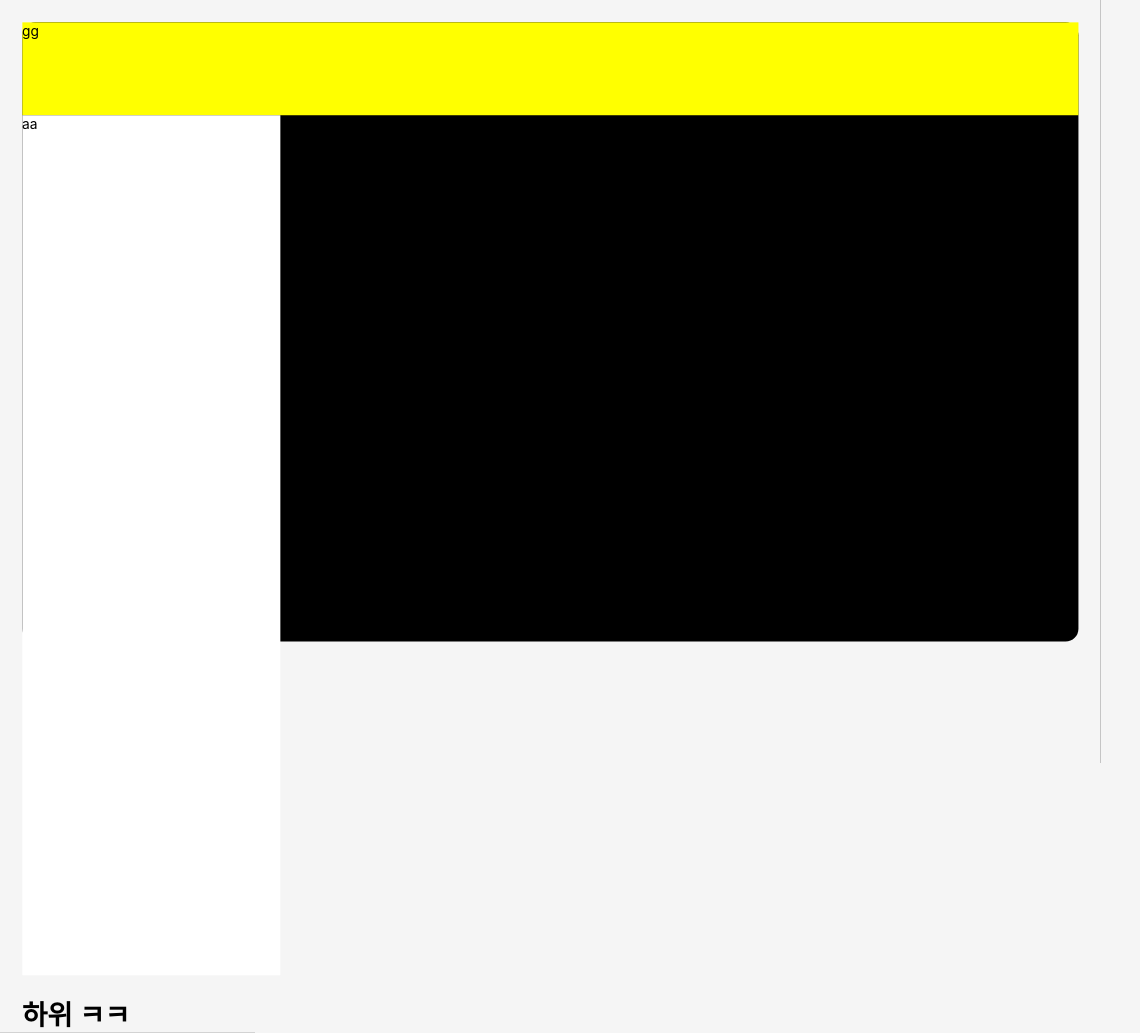
Repository: yangddoddi/community_react
Page: /
An editor plug-in stored every save of this project. The page is shown before and after the next save, followed by the edit.
The browser window is 1280 px wide. The page is 1280 px wide, then 1326 px, then 1280 px, so the pictures cover 1326 px, including what lies to the right of the window. The pictures show the whole page, at 86% of full size.
The page's requests for data from a server got no answer. The project was rebuilt for these pictures with package versions that can differ from the ones it lists, and the page was loaded fresh each time. No one was signed in, and anything a server would have sent is missing.

Above is the page before, as saved 2022-08-16 23:51:54.

### src/App.js
import React, { useState, useEffect } from "react";
import { BrowserRouter, Routes, Route } from "react-router-dom";
import { Posts } from "./pages/Posts";
import { Sidebar } from "./components/Sidebar";
import { Header } from "./components/Header";
import "./App.scss";

function App() {
  return (
    <BrowserRouter>
      <div className="container">
        <Header />
        <Sidebar />
        <Routes>
          <Route path="/" element={<Posts />} />
        </Routes>
      </div>
    </BrowserRouter>
  );
}

export default App;

### src/pages/Posts.js
import React, { useEffect, useState } from "react";
import { testAxios } from "../config/testAxios";
import axios from "axios";

export const Posts = () => {
  const [test, setTest] = useState("");
  const apiTest = (d) => {
    setTest(d);
  };

  useEffect(() => {
    testAxios("test", apiTest);
  });

  return (
    <div>
      <h1> 하위 ㅋㅋ </h1>
      <h2> {test} </h2>
    </div>
  );
};

### src/components/Sidebar.js
import styles from "./Sidebar.module.scss";

export const Sidebar = () => {
  return (
    <nav className={styles.sidebar}>
      <div>aa</div>
    </nav>
  );
};

### src/components/Header.js
import styles from "./Header.module.scss";

export const Header = () => {
  return (
    <header className={styles.header}>
      <div>gg</div>
    </header>
  );
};

### src/App.scss

html,body, #root {
    height: 100%;
}

#root {
    padding: 2%;
}

body {
    padding: auto;
    background-color: whitesmoke;
    width: 100%;
    height: 100%;
}

.container {
    border-radius: 15px;
    background-color: black;
    width: 100;
    max-width: 1600px;
    height: 100%;
    display: block;
}

### src/config/testAxios.js
import axios from "axios";

export const testAxios = (url, findIp) => {
  axios({
    url: "/" + url,
    method: "post",
    baseURL: "http://localhost:8080",
    withCredentials: true,
  }).then((res) => {
    findIp(res.data);
  });
};

### src/components/sidebar.module.scss

.sidebar {
    background-color: white;
    height: 1000px;
    width: 300px;
}

### src/components/header.module.scss


.header {
    width: 100%;
    height: 15%;
    background-color: yellow;
}

Loaded but not shown: public/index.html (common file); src/index.js (common file); src/index.css (common file); src/reportWebVitals.js (common file)

After the next save:
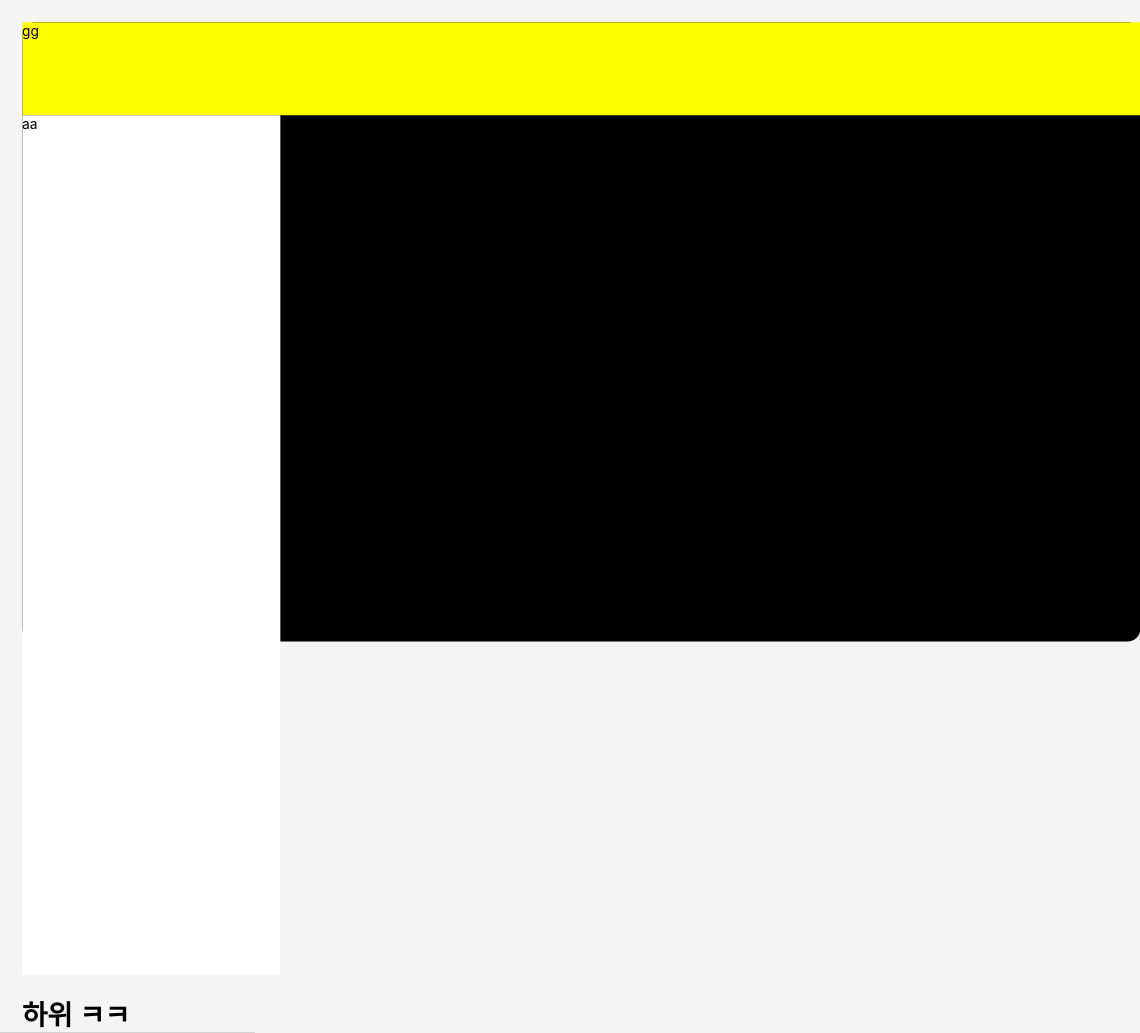
Saved 21 s later.
--- a/src/App.scss
+++ b/src/App.scss
@@ -17,7 +17,7 @@
 .container {
     border-radius: 15px;
     background-color: black;
-    width: 100;
+    width: 1300px;
     max-width: 1600px;
     height: 100%;
     display: block;

After the 3 saves that followed:
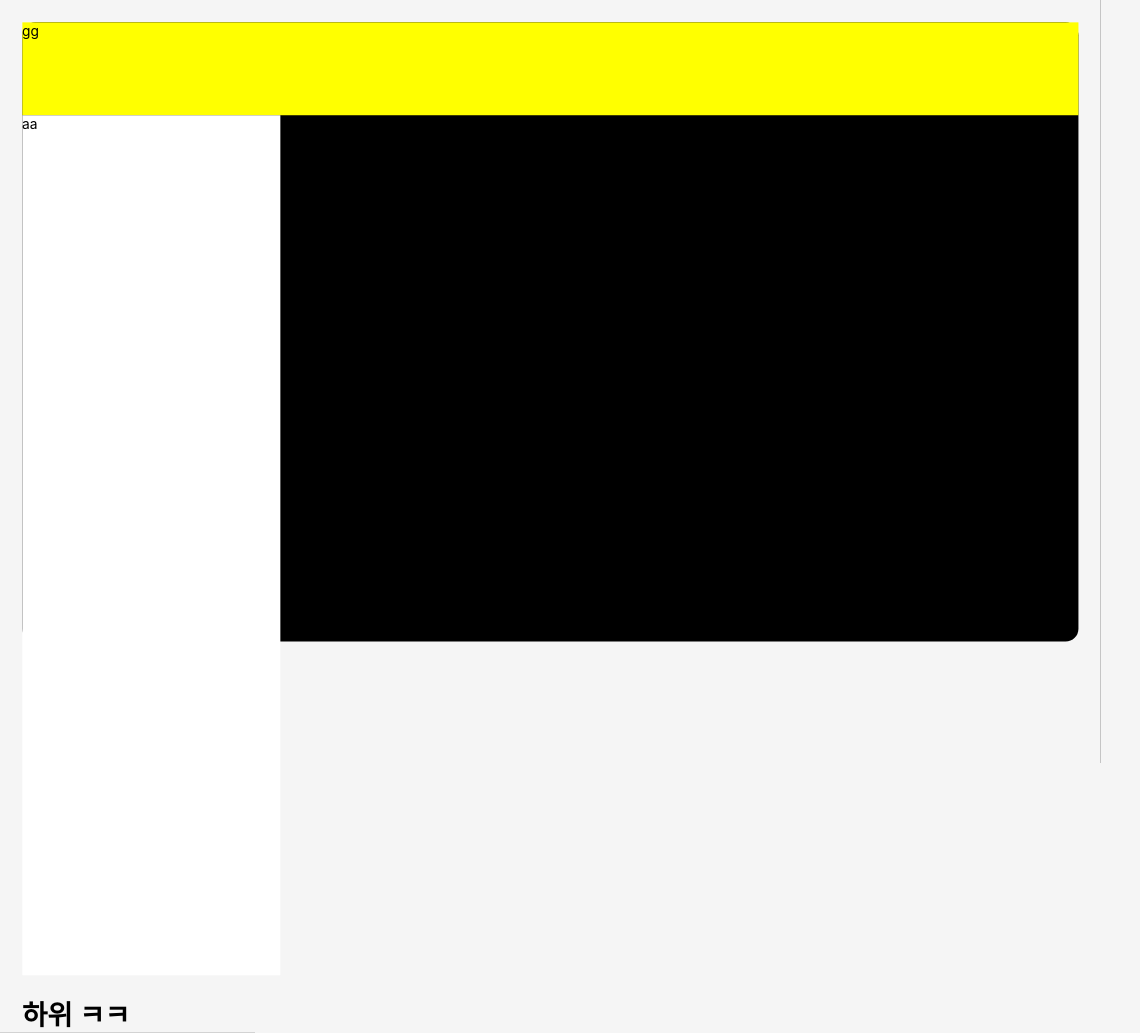
The 3 saves are shown as one change because 2 left the picture as it was.
The last was saved 27 s later.
--- a/src/App.scss
+++ b/src/App.scss
@@ -4,6 +4,7 @@
 }
 
 #root {
+    display: flex;
     padding: 2%;
 }
 
@@ -18,7 +19,7 @@
     border-radius: 15px;
     background-color: black;
     width: 1300px;
-    max-width: 1600px;
+
     height: 100%;
     display: block;
 }
